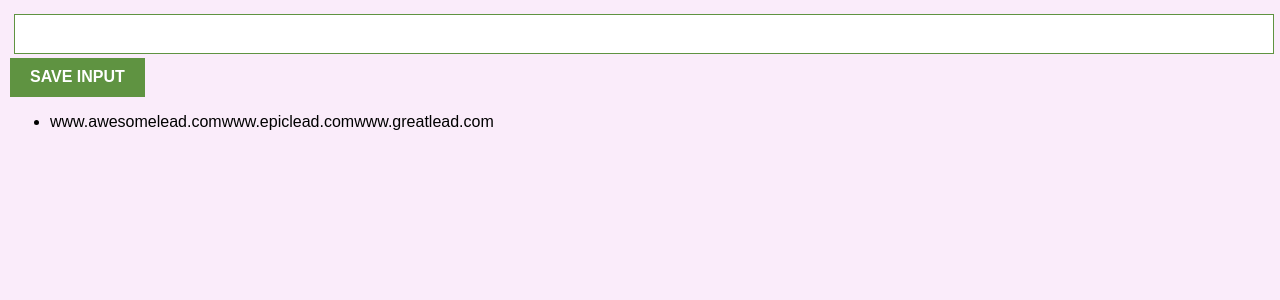
Repository: jt010051/chromeExtension
Page: index.html
An editor plug-in stored every save of this project. The page is shown before and after the next save, followed by the edit.
The browser window is 1280 px wide. The pictures show the whole page.

Above is the page before, as saved 2022-02-27 19:28:55.

### index.html
<html>
    <head><link rel="stylesheet" href="https://cdnjs.cloudflare.com/ajax/libs/normalize/8.0.1/normalize.css">
        <link rel="stylesheet" href="index.css">
    </head>
    <body>
        <input type="text" id="input-el">
        <button id="input-btn">SAVE INPUT</button>
        <ul id="ul-el"></ul>
        <script src="index.js"></script>
    </body>
</html>

### index.css
body {
    margin: 0;
    padding: 10px;
    font-family: Arial, Helvetica, sans-serif;
background-color: rgb(250, 236, 250);}




input {
    width: 100%;
   padding: 10px;

    box-sizing: border-box;
    border: 1px solid #5f9341;

    margin: 4px;
}

button {
   background: #5f9341;
   color: white;
padding:10px 20px;

    font-weight: bold;
    border: none;

}

### index.js

let myLeads=["www.awesomelead.com", "www.epiclead.com", "www.greatlead.com"]
const inputEl=document.getElementById("input-el")
const inputBtn = document.getElementById("input-btn")

const ulEl = document.getElementById("ul-el")
let listItems =""

console.log(ulEl)
inputBtn.addEventListener("click", function(){
myLeads.push(inputEl.value)
console.log(myLeads)
})

for(let i = 0; i<myLeads.length; i++){
    listItems += myLeads[i]




}
ulEl.innerHTML +="<li>" +listItems +"</li>"

After the next save:
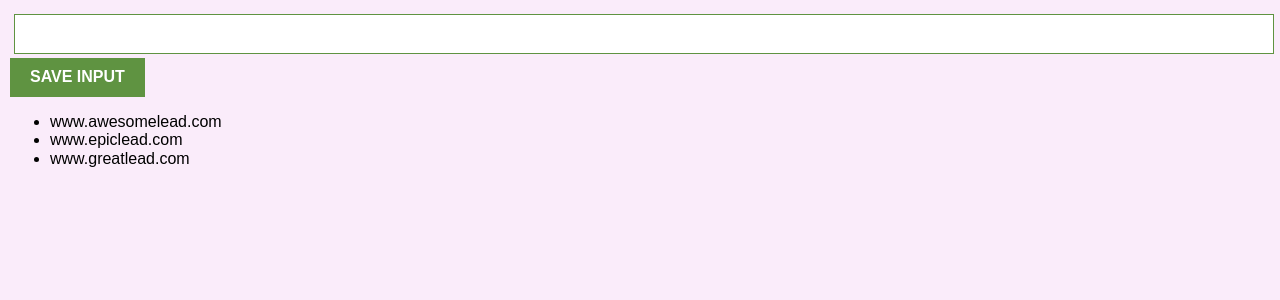
Saved 36 s later.
--- a/index.js
+++ b/index.js
@@ -13,10 +13,9 @@ console.log(myLeads)
 })
 
 for(let i = 0; i<myLeads.length; i++){
-    listItems += myLeads[i]
-
+    listItems = myLeads[i]
+ulEl.innerHTML +="<li>" +listItems +"</li>"
 
 
 
 }
-ulEl.innerHTML +="<li>" +listItems +"</li>"
